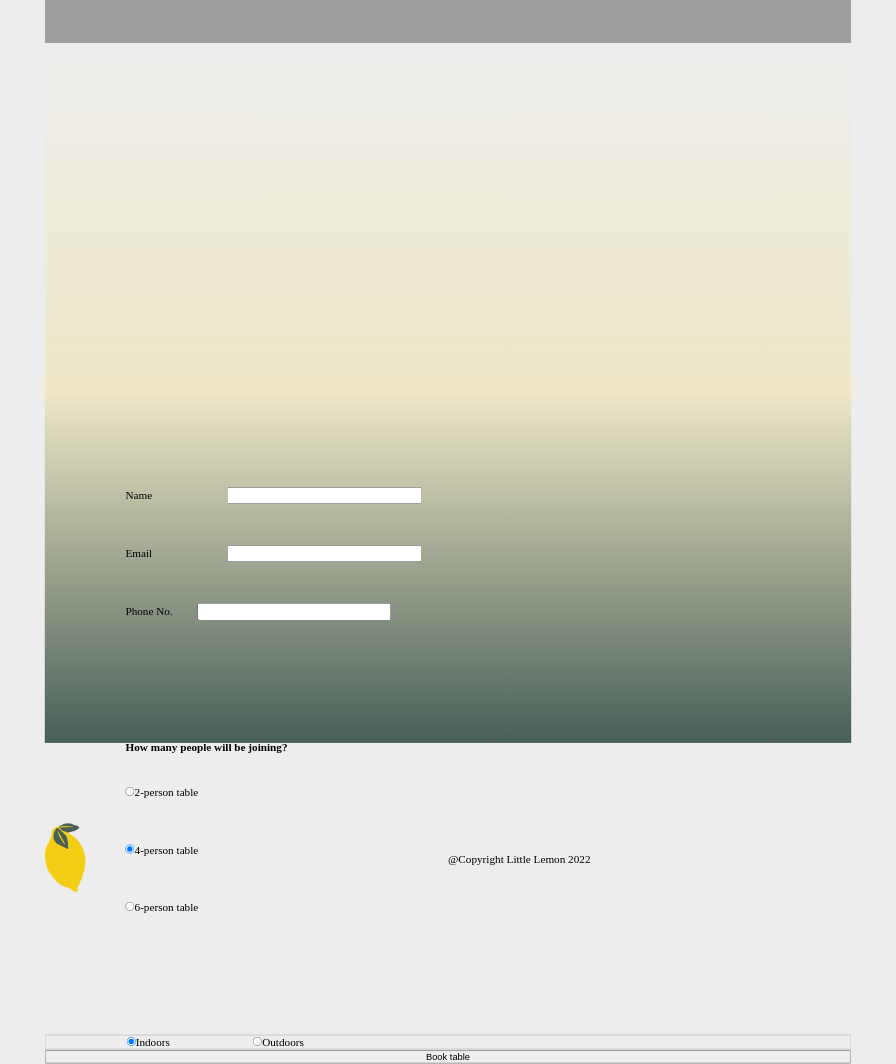
Repository: klone007/littleLemon
Page: index.html
The author's editor kept a copy of each file at every save. The page is drawn from the files as they stood at one save, then again after the next save.
The browser window is 1280 px wide. The pictures show the part of the page from y = 2905 to 4825 px (the page is 4425 px tall before and 4825 px after), at 70% of full size.
Pictures or frames that could not be fetched are drawn as grey boxes. A picture or video elsewhere on the page could not be fetched, so the positions and the page height are approximate. Backgrounds fixed to the window are drawn as part of the page.

Above is the page before, as saved 2022-11-17 13:27:35.

After the next save:
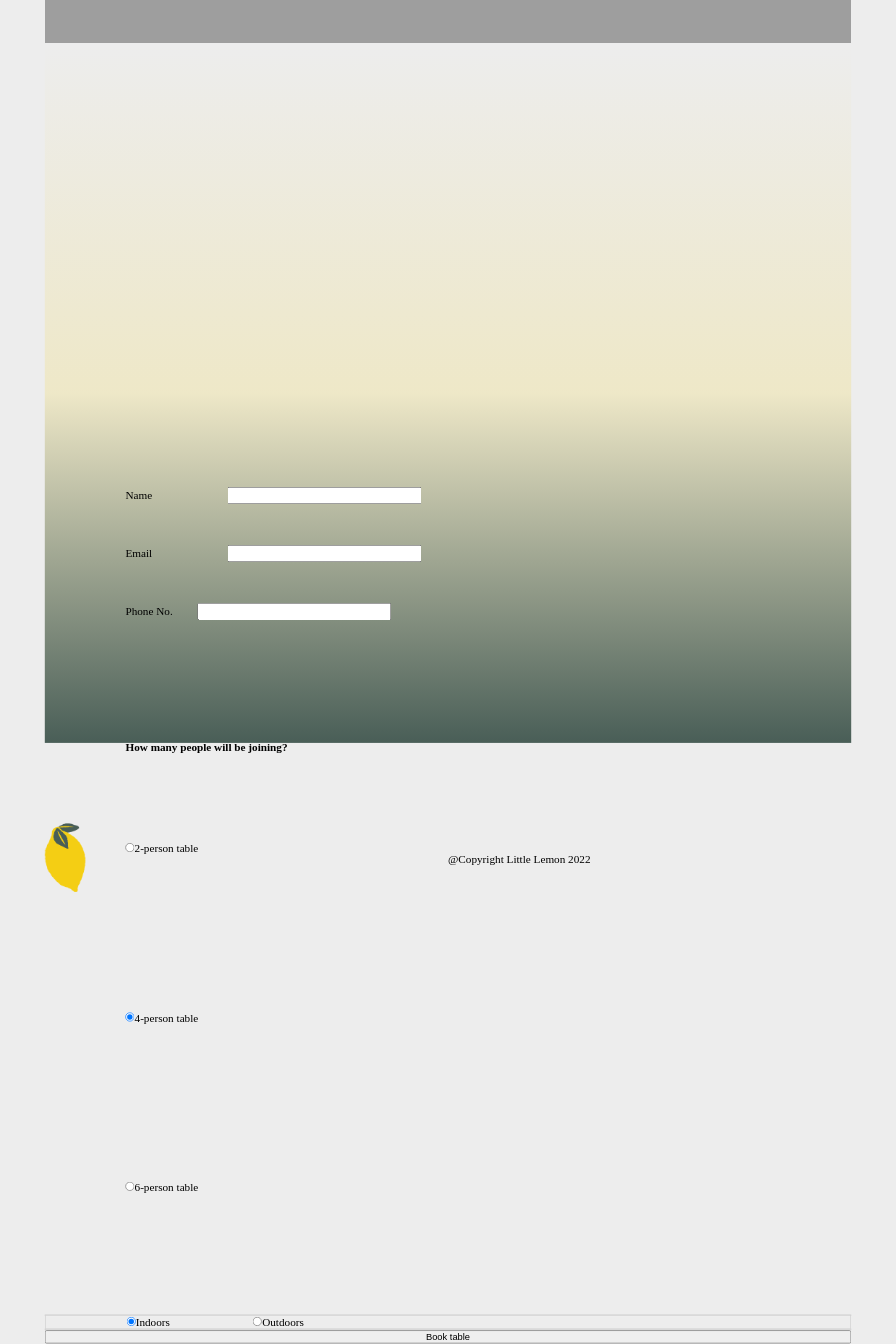
Saved 12 s later.
--- a/styles.css
+++ b/styles.css
@@ -507,7 +507,7 @@
     flex-direction: column;
     margin: 15% 10%;
     border:0;
-    column-gap: 5rem;
+    gap: 5rem;
 }
 
 #size label {

After the 5 saves that followed:
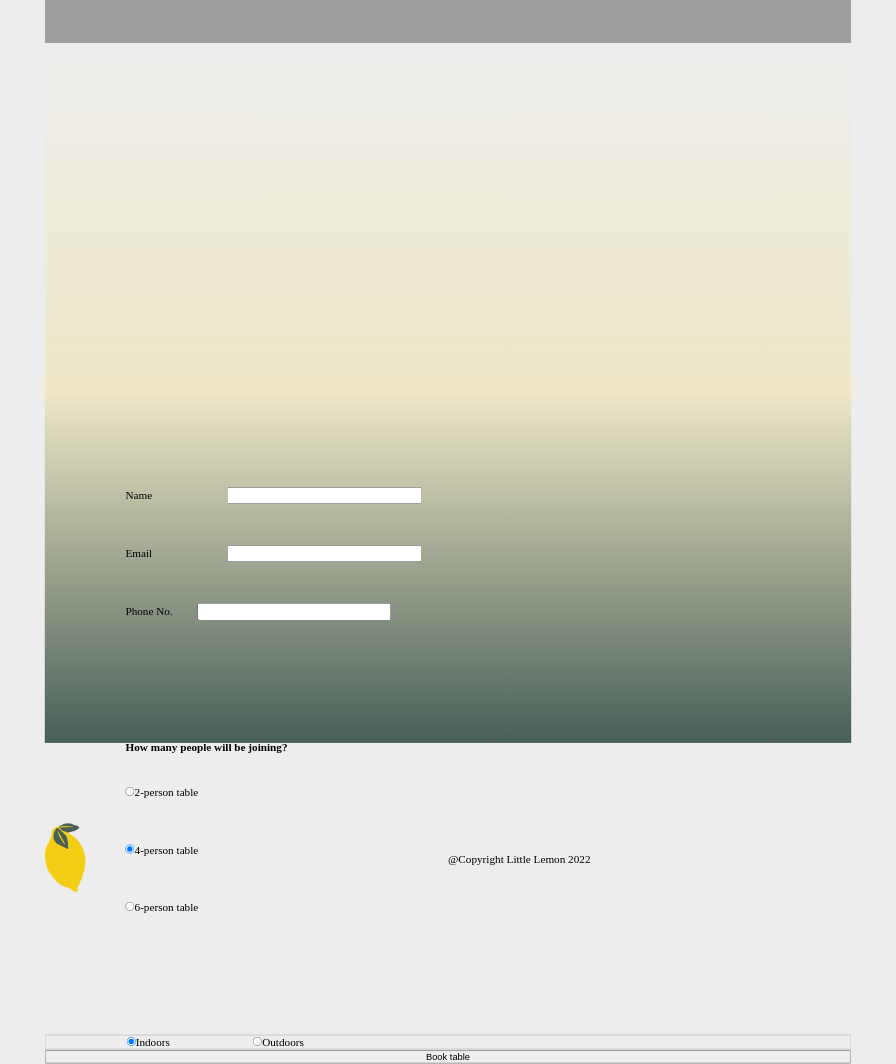
The 5 saves are shown as one change because they came seconds apart.
The last was saved 17 s later.
--- a/styles.css
+++ b/styles.css
@@ -507,7 +507,7 @@
     flex-direction: column;
     margin: 15% 10%;
     border:0;
-    gap: 5rem;
+    gap: 0 2rem;
 }
 
 #size label {
